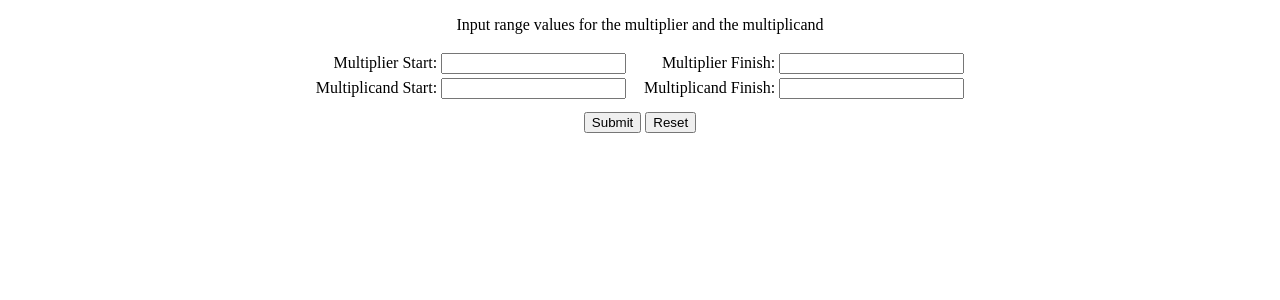
Repository: khrasna/HW4Part1
Page: index.html
An editor plug-in stored every save of this project. The page is shown before and after the next save, followed by the edit.
The browser window is 1280 px wide. The pictures show the whole page.

Above is the page before, as saved 2021-11-13 12:37:25.

After the next save:
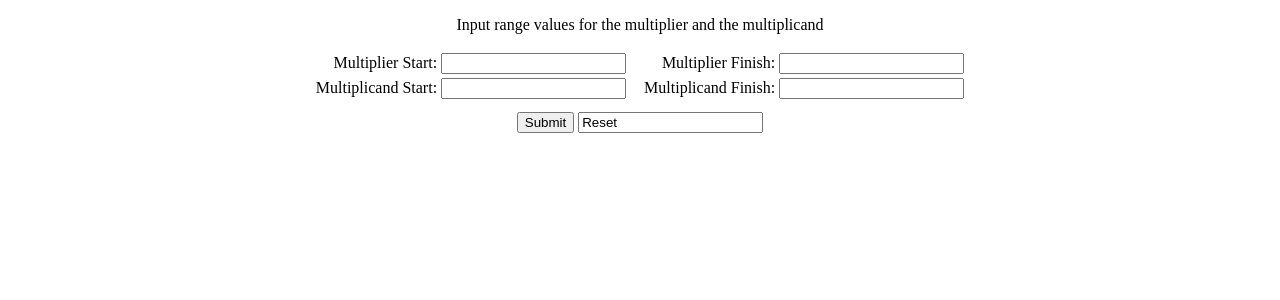
Saved 8 s later.
--- a/index.html
+++ b/index.html
@@ -28,7 +28,7 @@
                 </tr>
             </table>
             <input type="submit" value="Submit"> <!--goes directly under form and processes the input to create a mult table-->
-            <input type="reset" value="Reset">
+            <input type="asdf" value="Reset">
         </form>
         <p id="inputError"></p>
     </div>

After the save that followed:
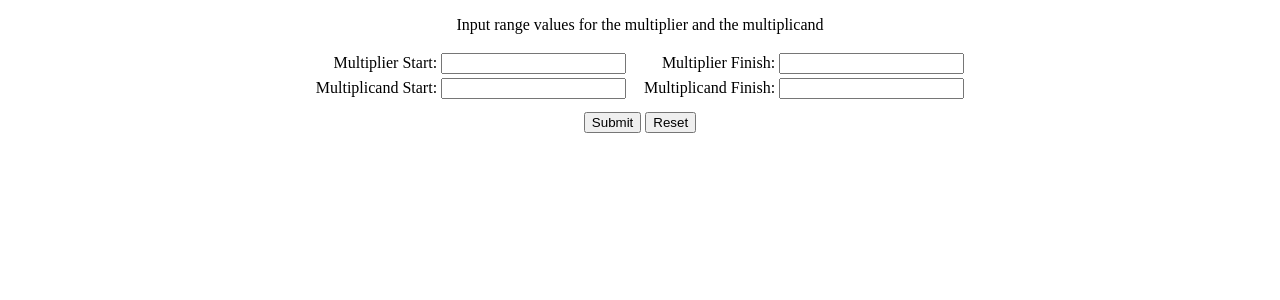
Saved 5 s later.
--- a/index.html
+++ b/index.html
@@ -28,7 +28,7 @@
                 </tr>
             </table>
             <input type="submit" value="Submit"> <!--goes directly under form and processes the input to create a mult table-->
-            <input type="asdf" value="Reset">
+            <input type="reset" value="Reset">
         </form>
         <p id="inputError"></p>
     </div>
